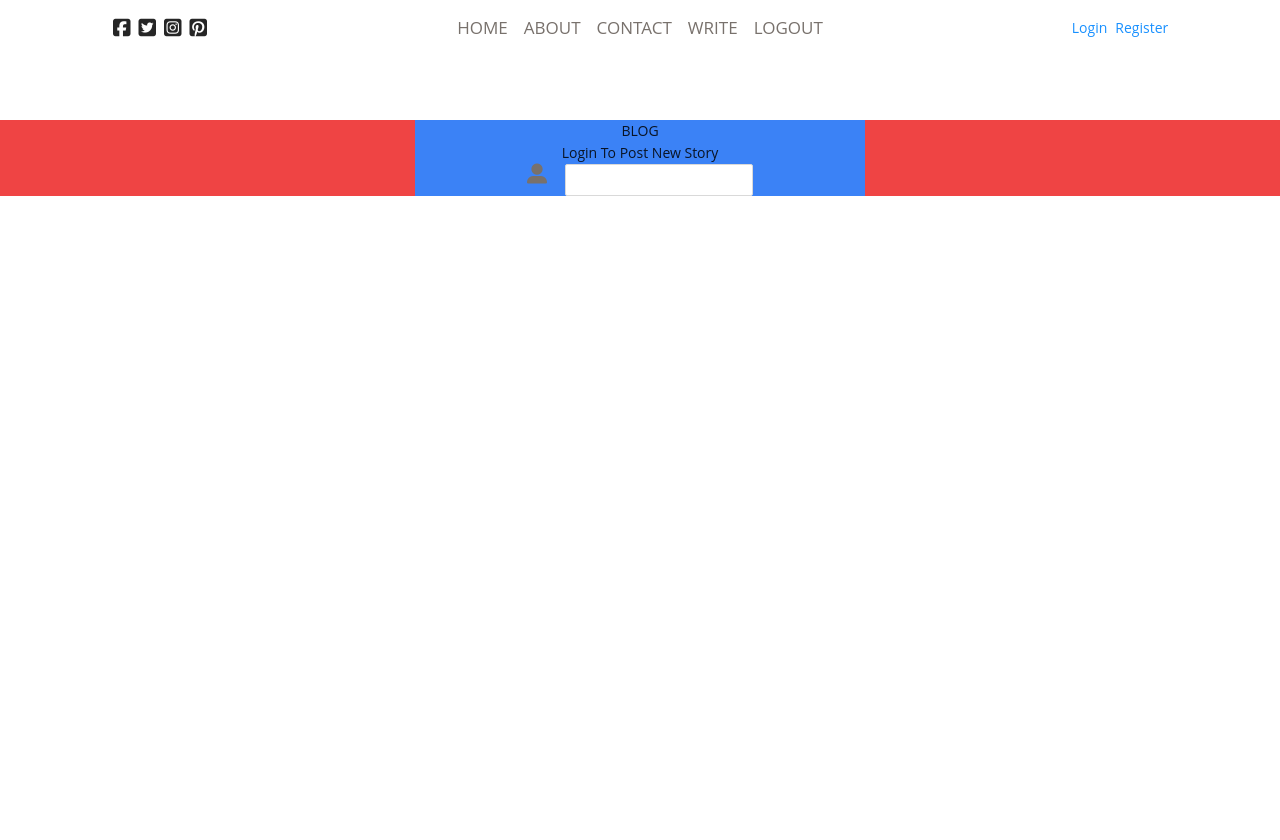
Repository: truongnguyenuit/Blog_App_ver2
Page: /login (app in client/)
An editor plug-in stored every save of this project. The page is shown before and after a run of saves, followed by the edit.
The browser window is 1280 px wide. The pictures show the whole page.
Some web libraries are served in a nearby version. The project was rebuilt for these pictures with package versions that can differ from the ones it lists, and the page was loaded fresh each time. Also part of the build but not shown: client/src/components/AboutComponent.js, client/src/pages/HomePage.js, client/src/pages/RegisterPage.js.

Above is the page before, as saved 2022-07-18 11:29:38.

### client/public/index.html
<!DOCTYPE html>
<html lang="en">
  <head>

    <meta charset="utf-8" />
    <meta name="viewport" content="width=device-width, initial-scale=1" />
    <meta
      name="description"
      content="Web site created using create-react-app"
    />
    <style>
      *{
        font-family: 'Open Sans', sans-serif;
        margin: 0;
      }
    </style>
    <script src="https://kit.fontawesome.com/cd2089affa.js" crossorigin="anonymous"></script>
    <title>Blog App</title>

  </head>
  <body>

    <noscript>You need to enable JavaScript to run this app.</noscript>
    <div id="root"></div>

  </body>
</html>

### client/src/index.js
import React from 'react';
import ReactDOM from 'react-dom/client';
import './index.css';
import App from './App';
import 'antd/dist/antd.min.css'


const root = ReactDOM.createRoot(document.getElementById('root'));
root.render(
  <React.StrictMode>
    <App />
  </React.StrictMode>
);

### client/src/App.js
import { BrowserRouter, Route, Routes } from "react-router-dom";
import { configRouter } from './router/configRouter';
import NavbarComponent from './components/NavbarComponent';
function App() {
  return (
    <div>
      <BrowserRouter>
        <div className="fixed top-0 left-0 right-0 z-10">
          <NavbarComponent />
        </div>
        <div className="mt-[50px]"></div>
        <Routes>
          {configRouter.map((item, index) => {
            return (
              <Route
                key={index}
                path={item.path}
                element={item.page}
              />
            );
          })}

        </Routes>

      </BrowserRouter>
    </div>
  );
}

export default App;

### client/src/router/configRouter.js
import HomePage from "../pages/HomePage";
import LoginPage from "../pages/LoginPage";
import RegisterPage from "../pages/RegisterPage";
import { pathName } from "./pathName";

export const configRouter=[
  {
    path: pathName.home,
    page: <HomePage/>,
  },
  {
    path: pathName.login,
    page: <LoginPage/>,
  },
  {
    path: pathName.register,
    page: <RegisterPage/>
  }
]

### client/src/components/NavbarComponent.js
import React from 'react'
import { Link } from "react-router-dom";
import { Row, Col } from "antd"
import { pathName } from '../router/pathName';

const NavigateRouter = [
  {
    path: "",
    name: "HOME",
  },
  {
    path: "",
    name: "ABOUT",
  },
  {
    path: "",
    name: "CONTACT",
  },
  {
    path: "",
    name: "WRITE",
  },
  {
    path: "",
    name: "LOGOUT",
  },
];

const NavbarComponent = () => {
  return (
    <div className="bg-white">
      <Row >

        <Col span={6} className="h-14">
          <div className="flex justify-center items-center text-[20px] gap-2 h-14">
            <i className="fa-brands fa-facebook-square cursor-pointer"></i>
            <i className="fa-brands fa-twitter-square cursor-pointer"></i>
            <i className="fa-brands fa-instagram-square cursor-pointer"></i>
            <i className="fa-brands fa-pinterest-square cursor-pointer"></i>
          </div>
        </Col>

        <Col span={12} className="h-14">
          <nav>
            <ul className="flex justify-center items-center text-[17px] gap-4 h-14">
              {NavigateRouter.map((item, index) => {
                return (
                  <li key={index}>
                    <Link to={item.path} className="text-stone-500 hover:text-stone-400">
                      {item.name}
                    </Link>
                  </li>
                );

              })}
            </ul>
          </nav>
        </Col>

        <Col span={6} className="h-14">
          <div className="flex justify-center items-center gap-2 h-14">
            <Link to={pathName.login}>
              Login
            </Link>
            <Link to={pathName.register}>
              Register
            </Link>
          </div>
        </Col>

      </Row>
    </div>
  )
}

export default NavbarComponent

### client/src/pages/LoginPage.js
import React from 'react'
import { Button, Input, Row, Col } from "antd";
import { pathName } from "../router/pathName";
import { Link, useNavigate } from "react-router-dom";
const LoginPage = () => {
  return (
    <div className='bg-red-500  mt-[120px] flex justify-center'>
      <div className="bg-blue-500 w-[450px] flex flex-col items-center">
        <span>
          BLOG
        </span>
        <span className="s">
          Login To Post New Story
        </span>
        <form onSubmit={''}>
          <Row>
            <Col span={4}>
              <i className="fa-solid fa-user-large text-[20px] text-stone-500"></i>

            </Col>
            <Col span={20}>
              <Input

              />
            </Col>
          </Row>
        </form>
      </div>

    </div>
  )
}

export default LoginPage

### client/src/router/pathName.js
export const pathName = {
  home: "/",

  login: "/login",
  register: "/register",

}

### client/tailwind.config.js
/** @type {import('tailwindcss').Config} */
module.exports = {
  content: ["./src/**/*.{html,js,jsx,ts}"],
  theme: {
    extend: {},
  },
  plugins: [],
}

Loaded but not shown: client/src/index.css (common file)

After the next 2 saves:
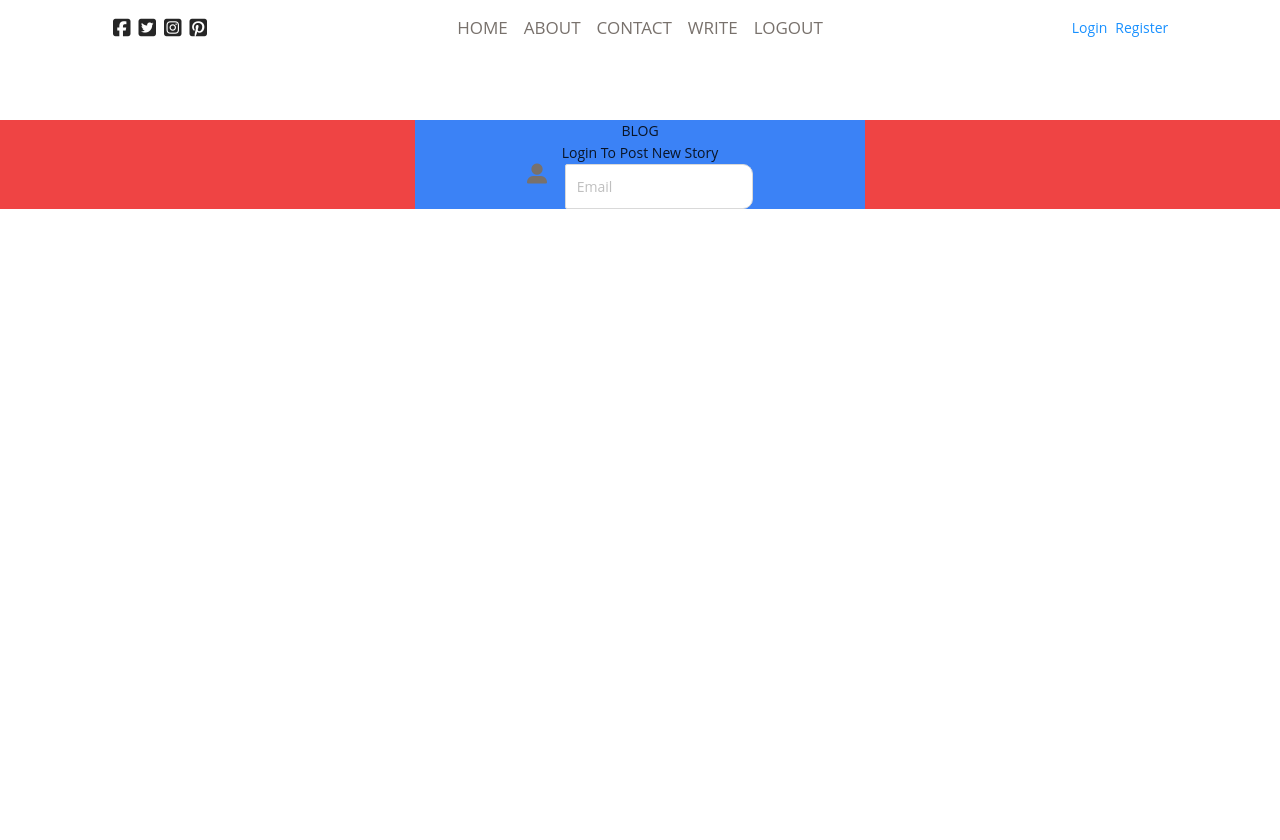
The 2 saves are shown as one change because they came seconds apart.
The last was saved 15 s later.
--- a/client/src/pages/LoginPage.js
+++ b/client/src/pages/LoginPage.js
@@ -20,6 +20,12 @@ const LoginPage = () => {
             </Col>
             <Col span={20}>
               <Input
+                placeholder="Email"
+                style={{
+                  height: 45,
+                  borderTopRightRadius: 10,
+                  borderBottomRightRadius: 10,
+                }}
 
               />
             </Col>
